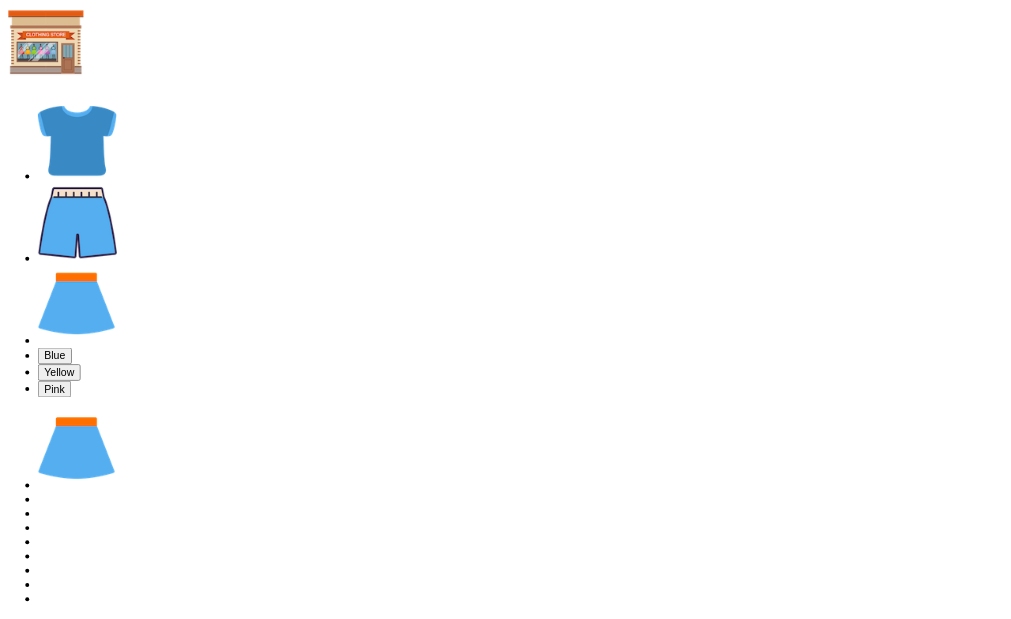
Repository: keehoonjung/Shoppingmall-Game
Page: index.html
An editor plug-in stored every save of this project. The page is shown before and after the next save, followed by the edit.
The browser window is 1280 px wide. The pictures show the whole page, at 79% of full size.

Above is the page before, as saved 2021-08-12 13:19:58.

### index.html
<!DOCTYPE html>
<html lang="en">
<head>
    <meta charset="UTF-8">
    <meta http-equiv="X-UA-Compatible" content="IE=edge">
    <meta name="viewport" content="width=device-width, initial-scale=1.0">
    <title>Shoppingamll Game</title>
    <link rel="stylesheet" href="style.css">
    <script src="main.js" defer></script>
</head>
<body>
    <header>
        <img src="./imgs/logo.png" alt="header" class="header__logo">
    </header>
    <ul class="filter">
        <li>
            <img src="./imgs/blue_t.png" alt="shirt" class="shirt">
        </li>
        <li>
            <img src="./imgs/blue_p.png" alt="pants" class="pants">
        </li>
        <li>
            <img src="./imgs/blue_s.png" alt="" class="skirts">
        </li>
        <li>
            <button class="blue">
                Blue
            </button>
        </li>
        <li>
            <button class="yellow">
                Yellow
            </button>
        </li>
        <li>
            <button class="pink">
                Pink
            </button>
        </li>
    </ul>
    <ul class="items">
        <li class="item">
            <img src="./imgs/blue_s.png" alt="blueshirt">
            <span></span>
        </li>
        <li class="item"><span></span></li>
        <li class="item"><span></span></li>
        <li class="item"><span></span></li>
        <li class="item"><span></span></li>
        <li class="item"><span></span></li>
        <li class="item"><span></span></li>
        <li class="item"><span></span></li>
        <li class="item"><span></span></li>
    </ul>
</body>
</html>

Loaded but not shown: main.js (no copy from this time; the picture is the same without it); style.css (no copy from this time; the picture is the same without it)

After the next save:
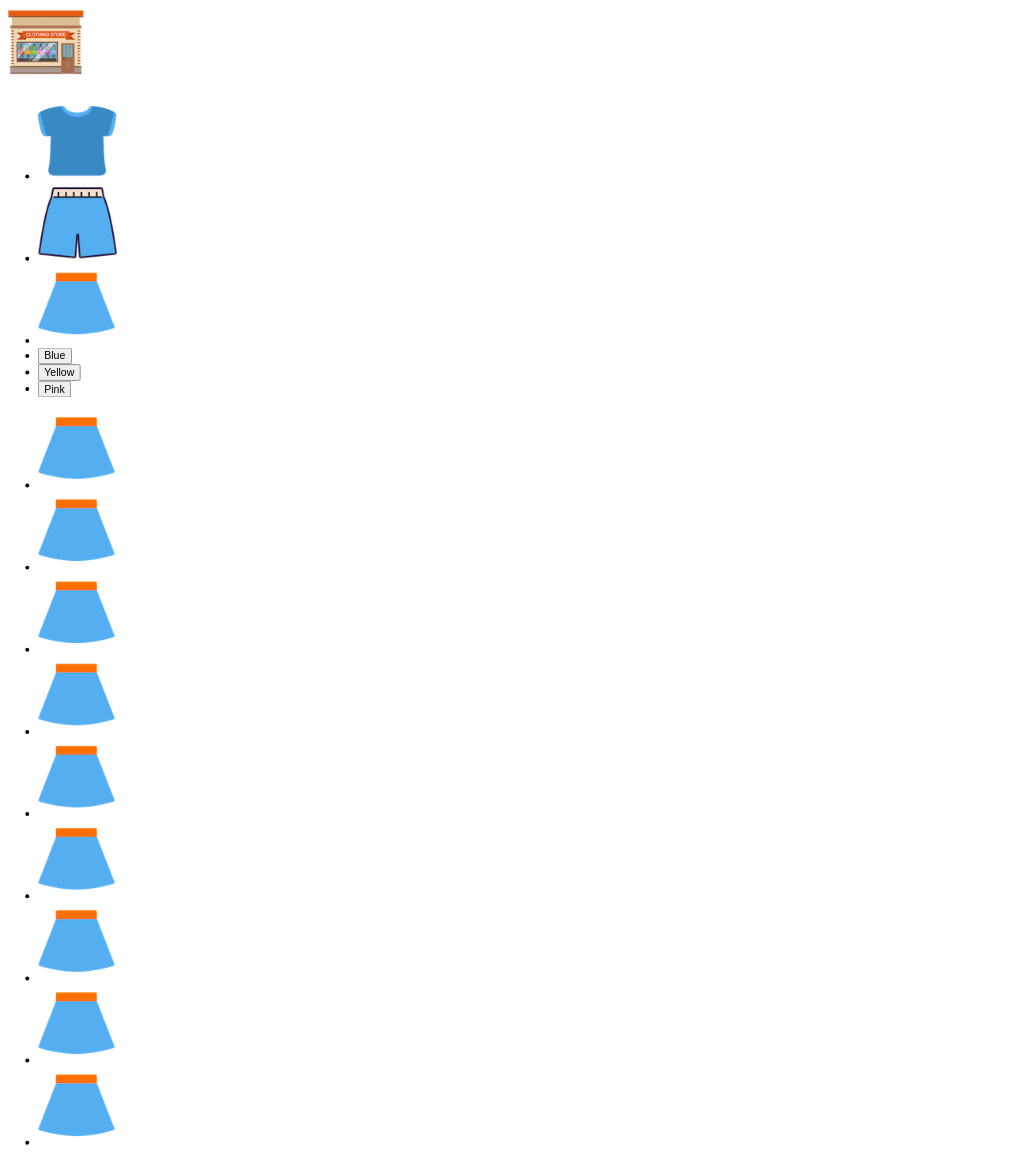
Saved 27 s later.
--- a/index.html
+++ b/index.html
@@ -43,14 +43,38 @@
             <img src="./imgs/blue_s.png" alt="blueshirt">
             <span></span>
         </li>
-        <li class="item"><span></span></li>
-        <li class="item"><span></span></li>
-        <li class="item"><span></span></li>
-        <li class="item"><span></span></li>
-        <li class="item"><span></span></li>
-        <li class="item"><span></span></li>
-        <li class="item"><span></span></li>
-        <li class="item"><span></span></li>
+        <li class="item">
+                        <img src="./imgs/blue_s.png" alt="blueshirt">
+            <span></span>
+        </li>
+        <li class="item">
+                        <img src="./imgs/blue_s.png" alt="blueshirt">
+            <span></span>
+        </li>
+        <li class="item">
+                        <img src="./imgs/blue_s.png" alt="blueshirt">
+            <span></span>
+        </li>
+        <li class="item">
+                        <img src="./imgs/blue_s.png" alt="blueshirt">
+            <span></span>
+        </li>
+        <li class="item">
+                        <img src="./imgs/blue_s.png" alt="blueshirt">
+            <span></span>
+        </li>
+        <li class="item">
+                        <img src="./imgs/blue_s.png" alt="blueshirt">
+            <span></span>
+        </li>
+        <li class="item">
+                        <img src="./imgs/blue_s.png" alt="blueshirt">
+            <span></span>
+        </li>
+        <li class="item">
+                        <img src="./imgs/blue_s.png" alt="blueshirt">
+            <span></span>
+        </li>
     </ul>
 </body>
 </html>
